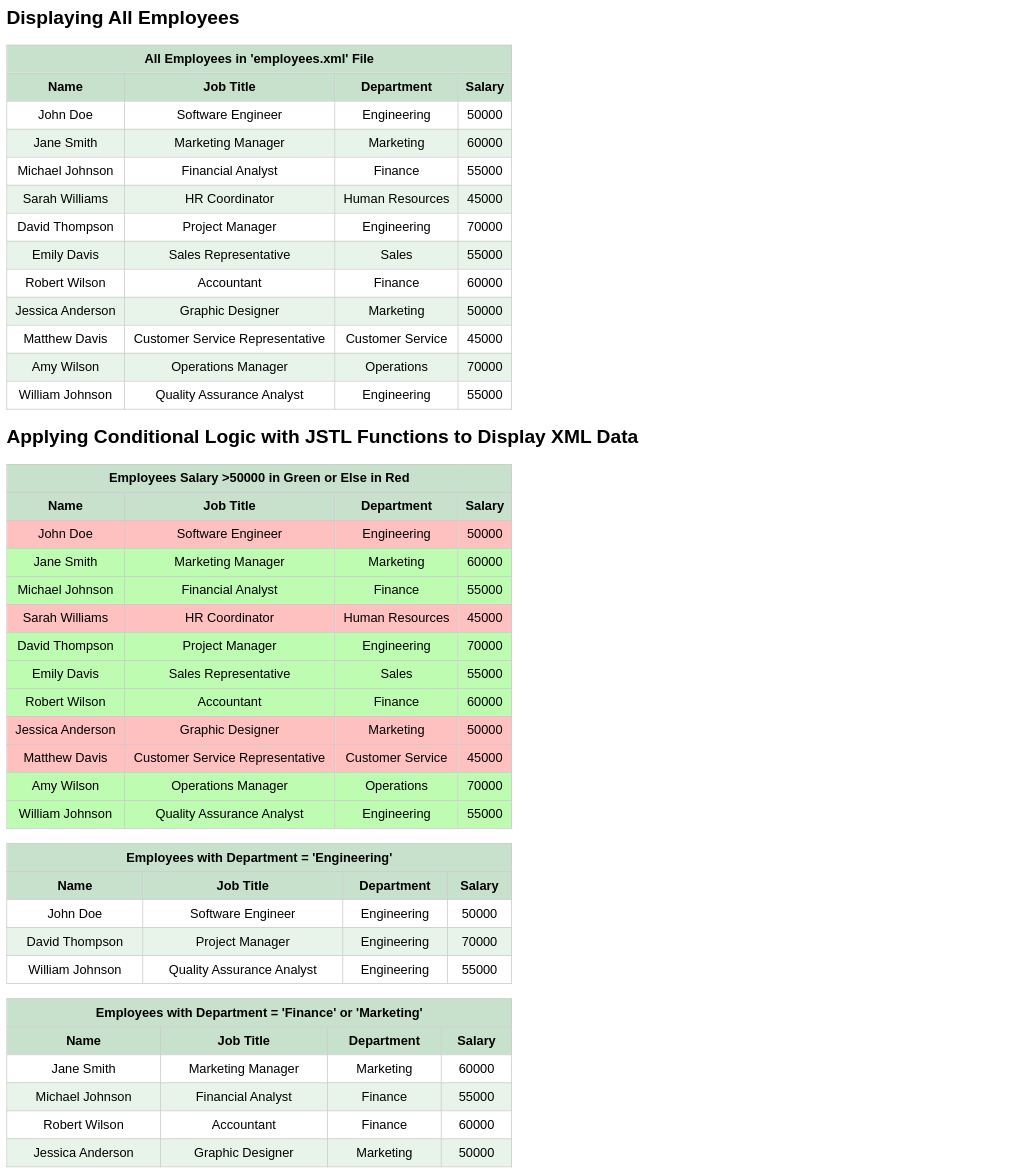
Repository: bkyncl/csd-430
Page: http://localhost/kyncl_mod9/
These files come from the project's save history. The page is drawn as it stood at one moment and after the next save; the edit follows.
The browser window is 1280 px wide. The pictures show the whole page, at 80% of full size.
The page is served by Tomcat 9.

Above is the page before, as saved 2023-07-05 06:40:11.

After the next save:
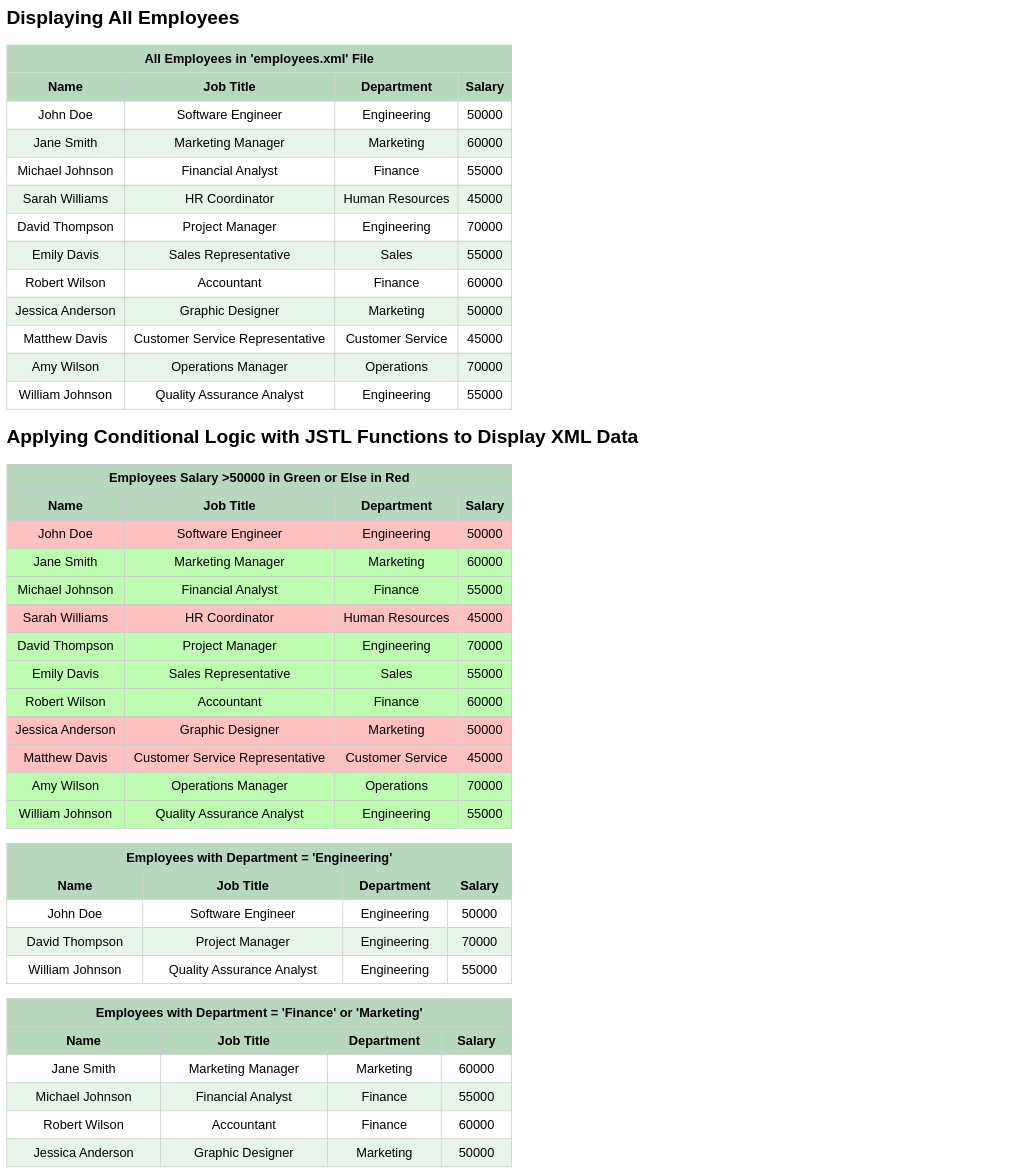
Saved 26 s later.
--- a/kyncl_mod9/src/main/webapp/styles.css
+++ b/kyncl_mod9/src/main/webapp/styles.css
@@ -17,5 +17,5 @@ table th, table td {
 }
 
 table th {
-  background-color: #c8e1cc;
+  background-color: #b8d8be;
 }
